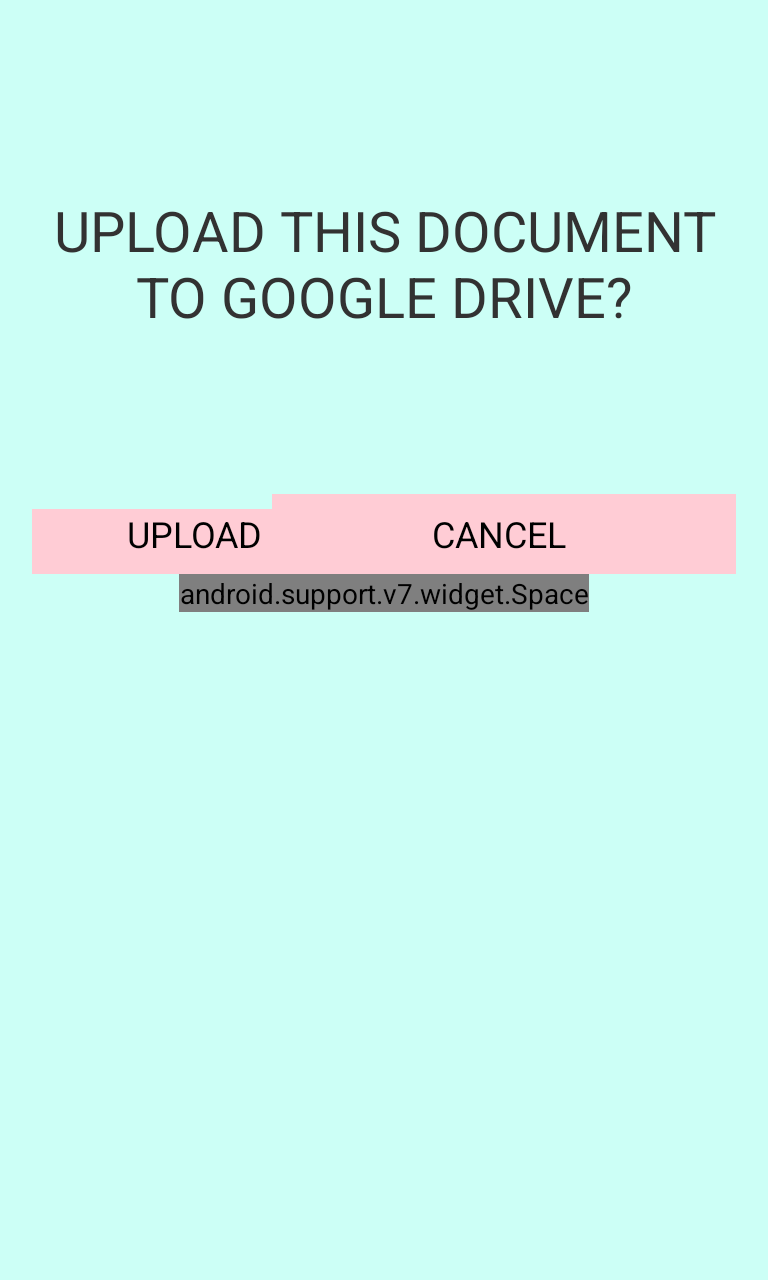
Repository: nick11roberts/Moka-Scanr
Layout: Document Uploader/res/layout/activity_preview.xml
These files come from the project's save history. The layout is drawn as it stood at one moment and after the next save; the edit follows.
Pictures or frames that could not be fetched are drawn as grey boxes. It is drawn on a 768 x 1280 px phone screen (xhdpi) without system bars, with theme android:Theme.Holo.Light.NoActionBar; the app's code is not run. The app's manifest (not shown) leaves right-to-left support off. So textAlignment, textDirection and layoutDirection are ignored, and left and right values win over start and end ones.

Above is the layout before, as saved 2014-05-31 00:47:38.

### Document Uploader/res/layout/activity_preview.xml
<LinearLayout xmlns:android="http://schemas.android.com/apk/res/android"
    xmlns:tools="http://schemas.android.com/tools"
    android:layout_width="match_parent"
    android:layout_height="match_parent"
    android:background="@color/bg_color"
    android:baselineAligned="true"
    android:gravity="center_horizontal"
    android:orientation="vertical"
    android:paddingBottom="@dimen/activity_vertical_margin"
    android:paddingLeft="@dimen/activity_horizontal_margin"
    android:paddingRight="@dimen/activity_horizontal_margin"
    android:paddingTop="@dimen/activity_vertical_margin"
    tools:context=".MainActivity" >

    <TextView
        android:layout_width="wrap_content"
        android:layout_height="wrap_content"
        android:paddingBottom="80dp"
        android:paddingTop="80dp"
        android:text="@string/preview_heading"
        android:textAlignment="center"
        android:gravity="center"
        android:textAllCaps="true"
        android:textSize="28sp" />

    <TableRow
        android:id="@+id/tableRow1"
        android:layout_width="fill_parent"
        android:layout_height="wrap_content"
        android:shrinkColumns="*"
		android:stretchColumns="*"  >

        <Button
            android:id="@+id/uploadButton"
            android:layout_width="120dp"
            android:layout_height="40dp"
            android:background="@color/button_color"
            android:gravity="right"
            android:paddingLeft="5dp"
            android:paddingRight="5dp"
            android:text="@string/preview_button_upload"
            android:textAlignment="center"
             />

        <Button
            android:id="@+id/cancelButton"
            android:layout_width="120dp"
            android:layout_height="40dp"
            android:layout_weight=".25"
            android:background="@color/button_color"
            android:paddingRight="5dp"
            android:text="@string/preview_button_cancel"
            android:textAlignment="center" />

    </TableRow>

    <android.support.v7.widget.Space
        android:id="@+id/space1"
        android:layout_width="wrap_content"
        android:layout_height="wrap_content" />

</LinearLayout>

### Document Uploader/res/values/colors.xml
<?xml version="1.0" encoding="utf-8"?>
<resources>
   <color name="button_color">#FFCCD5</color>
   <color name="bg_color">#CCFFF6</color>
   <color name="border_color">#000000</color>
</resources>

### Document Uploader/res/values/strings.xml
<?xml version="1.0" encoding="utf-8"?>
<resources>

    <string name="app_name">PDF-Drive</string>
    <string name="action_settings">Settings</string>

    <!-- MAIN ACTIVITY -->
    <string name="main_heading">Upload a new PDF?</string>
    <string name="main_button_upload">BEGIN</string>

    <!-- OPTIONS ACTIVITY -->
    <string name="options_heading">Upload options</string>
    <string name="options_pages">Number of pages?</string>
    <string name="options_title">Title?</string>
    <string name="options_folder">Folder? (optional)</string>
    <string name="options_button_go">CONTINUE</string>

    <!-- PREVIEW ACTIVITY -->
    <string name="preview_heading">Upload this document to Google Drive?</string>
    <string name="preview_button_upload">UPLOAD</string>
    <string name="preview_button_cancel">CANCEL</string>

</resources>

Loaded but not shown: Document Uploader/res/values/dimens.xml (common file); Document Uploader/res/values-w820dp/dimens.xml (common file)

After the next save:
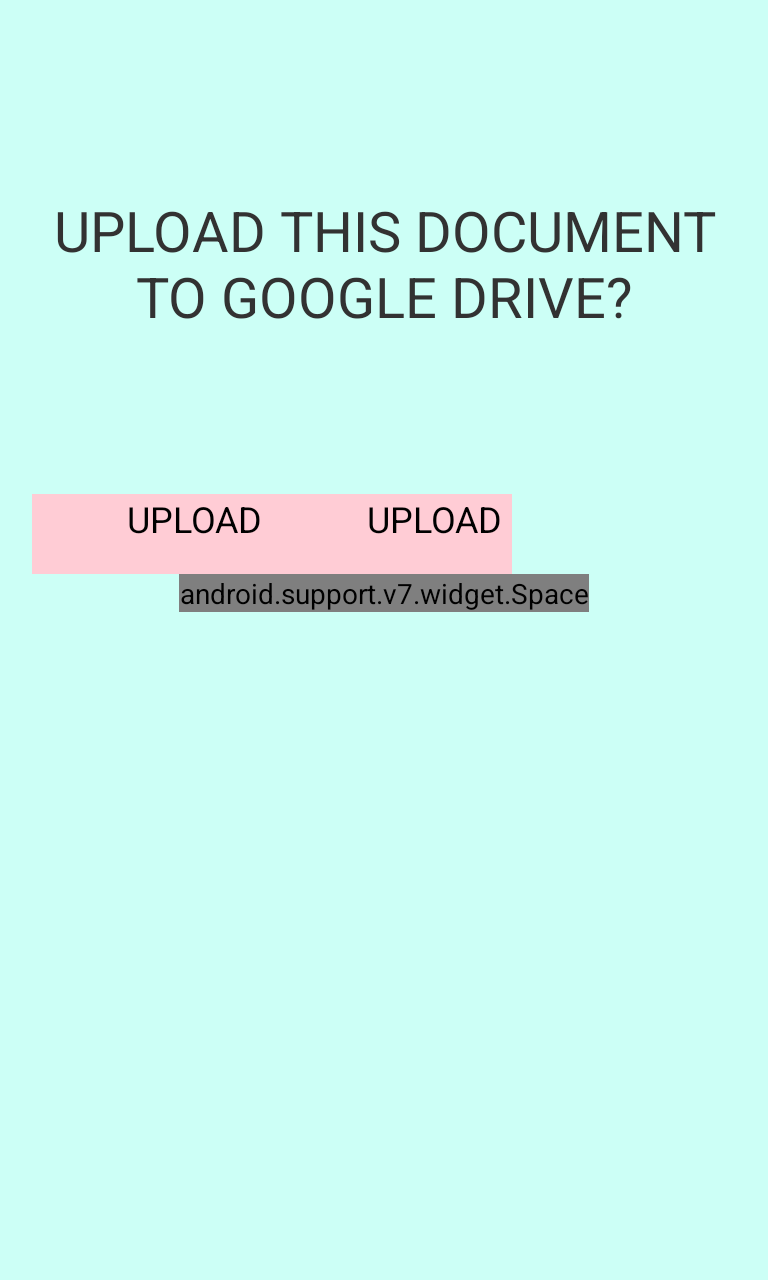
Saved 48 s later.
--- a/Document Uploader/res/layout/activity_preview.xml
+++ b/Document Uploader/res/layout/activity_preview.xml
@@ -39,18 +39,17 @@
             android:paddingLeft="5dp"
             android:paddingRight="5dp"
             android:text="@string/preview_button_upload"
-            android:textAlignment="center"
-             />
+            android:textAlignment="center" />
 
         <Button
-            android:id="@+id/cancelButton"
             android:layout_width="120dp"
             android:layout_height="40dp"
-            android:layout_weight=".25"
             android:background="@color/button_color"
+            android:gravity="right"
+            android:paddingLeft="5dp"
             android:paddingRight="5dp"
-            android:text="@string/preview_button_cancel"
-            android:textAlignment="center" />
+            android:text="@string/preview_button_upload"
+            android:textAlignment="center"  />
 
     </TableRow>
 
